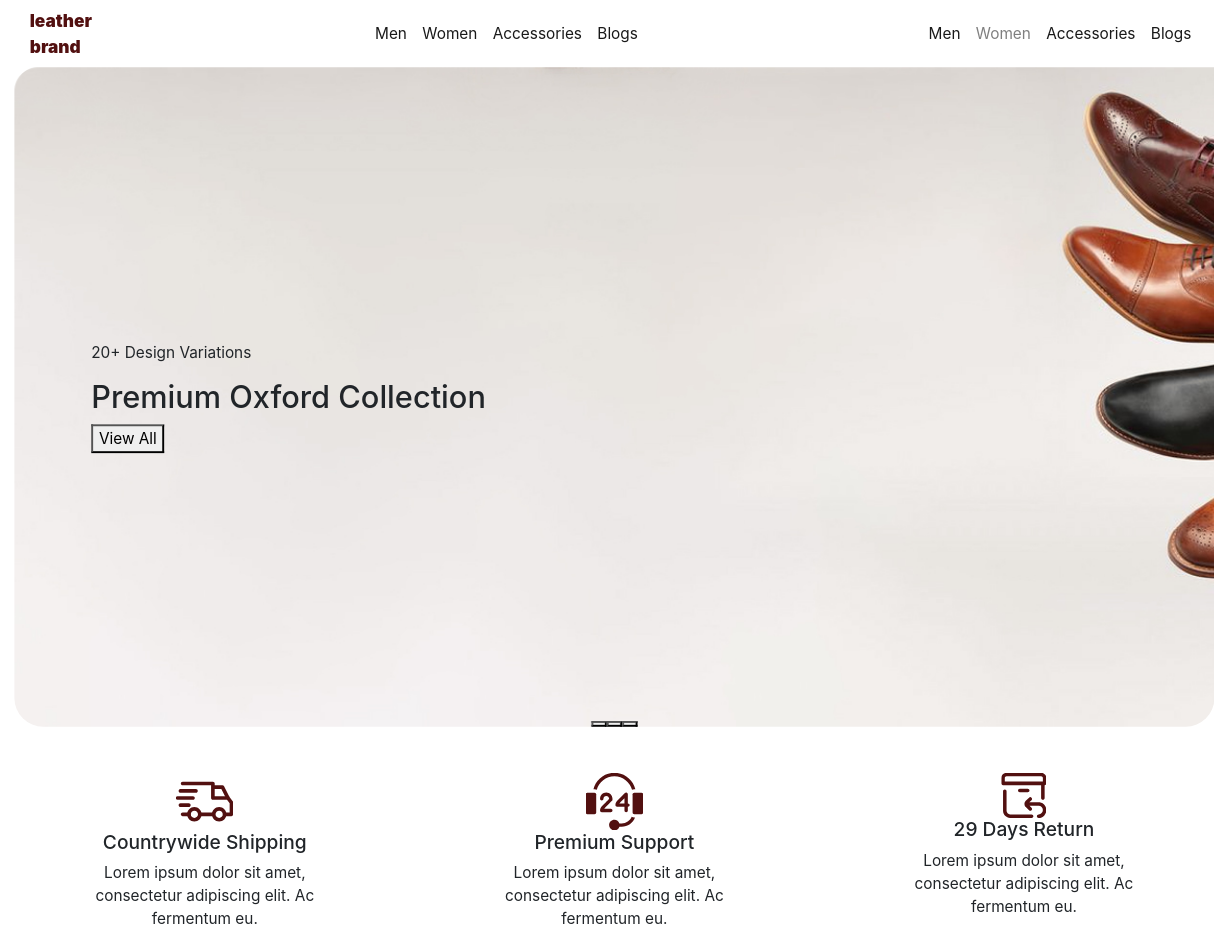
Repository: arif286/fashion-house
Page: /
The author's editor kept a copy of each file at every save. The page is drawn from the files as they stood at one save, then again after the next save.
The browser window is 1280 px wide. The pictures show the whole page, at 96% of full size.
The project was rebuilt for these pictures with package versions that can differ from the ones it lists, and the page was loaded fresh each time. The framework's server and built-in components were replaced by stand-ins that run in the browser. Also part of the build but not shown: nuxt.config.js, components/Contact.vue, components/DisplayCollection.vue, components/Footer.vue, components/NewCollection.vue, components/NuxtLogo.vue, components/Products.vue, components/Tutorial.vue.

Above is the page before, as saved 2021-07-11 22:21:59.

### components/Nav.vue
<template>
  <nav class="navbar container navbar-expand-lg navbar-light">
    <div class="container-fluid">
      <div class="nav-title">
        <span>leather</span>
        <br />
        <span>brand</span>
      </div>
      <button
        class="navbar-toggler"
        type="button"
        data-bs-toggle="collapse"
        data-bs-target="#navbarSupportedContent"
        aria-controls="navbarSupportedContent"
        aria-expanded="false"
        aria-label="Toggle navigation"
      >
        <span class="navbar-toggler-icon"></span>
      </button>
      <div id="navbarSupportedContent" class="collapse navbar-collapse">
        <div class="d-flex justify-content-center w-100">
          <ul class="navbar-nav mb-2 mb-lg-0">
            <li class="nav-item">
              <a class="nav-link active" aria-current="page" href="#">Men</a>
            </li>
            <li class="nav-item">
              <a class="nav-link active" href="#">Women</a>
            </li>
            <li class="nav-item">
              <a class="nav-link active" href="#"> Accessories </a>
            </li>
            <li class="nav-item">
              <a class="nav-link active" href="#">Blogs</a>
            </li>
          </ul>
        </div>
        <div class="ml-auto">
          <ul class="navbar-nav mb-2 mb-lg-0">
            <li class="nav-item">
              <a class="nav-link active" aria-current="page" href="#">Men</a>
            </li>
            <li class="nav-item">
              <a class="nav-link" href="#">Women</a>
            </li>
            <li class="nav-item">
              <a class="nav-link active" href="#"> Accessories </a>
            </li>
            <li class="nav-item">
              <a class="nav-link active" href="#">Blogs</a>
            </li>
          </ul>
        </div>
      </div>
    </div>
  </nav>
</template>

<script></script>
<style scoped>
.nav-title {
  color: #521010;
  font-weight: 900;
  font-size: 18px;
}
.nav-title:hover {
  color: #521010;
  font-weight: bold;
}
.nav-item a {
  color: #000;
}
</style>

### components/Service.vue
<template>
  <div class="container">
    <div class="row">
      <div
        v-for="service in services"
        :key="service.id"
        class="col-md-4 col-12"
      >
        <div class="d-flex justify-content-center">
          <div class="service-box text-center">
            <img :src="require(`@/assets/Images/${service.image}`)" alt="" />
            <h5>{{ service.title }}</h5>
            <p>{{ service.text }}</p>
          </div>
        </div>
      </div>
    </div>
  </div>
</template>

<script>
export default {
  props: {
    services: { type: Array, required: true },
  },
}
</script>
<style>
.service-box {
  width: 250px;
}
</style>

### components/Slider.vue
<template>
  <div class="container mb-5">
    <div
      id="carouselExampleIndicators"
      class="carousel slide"
      data-bs-ride="carousel"
    >
      <div class="carousel-indicators">
        <button
          type="button"
          data-bs-target="#carouselExampleIndicators"
          data-bs-slide-to="0"
          class="active"
          aria-current="true"
          aria-label="Slide 1"
        ></button>
        <button
          type="button"
          data-bs-target="#carouselExampleIndicators"
          data-bs-slide-to="1"
          aria-label="Slide 2"
        ></button>
        <button
          type="button"
          data-bs-target="#carouselExampleIndicators"
          data-bs-slide-to="2"
          aria-label="Slide 3"
        ></button>
      </div>
      <div class="carousel-inner">
        <div class="carousel-item active d-flex align-items-center">
          <div class="slider-content">
            <p>20+ Design Variations</p>
            <h2>Premium Oxford Collection</h2>
            <button>View All</button>
          </div>
        </div>
        <div class="carousel-item">
          <div class="slider-content">
            <p>20+ Design Variations</p>
            <h2>Premium Oxford Collection</h2>
            <button>View All</button>
          </div>
        </div>
      </div>
    </div>
  </div>
</template>

<script></script>
<style>
.carousel-item {
  background-image: url('@/assets/Images/hero1.png');
  background-repeat: no-repeat;
  width: 100%;
  background-size: cover;
  height: 687px;
  border-bottom-left-radius: 30px;
  border-bottom-right-radius: 30px;
}
.slider-content {
  margin-left: 80px;
}
</style>

### pages/index.vue
<template>
  <div>
    <Nav />
    <Slider />
    <Service :services="serviceData" />
  </div>
</template>

<script>
import { serviceData } from '@/assets/data.js'
export default {
  data() {
    return {
      serviceData,
    }
  },
}
</script>
<style>
@import url('https://fonts.googleapis.com/css2?family=Roboto:ital,wght@0,100;0,300;0,400;0,500;0,700;0,900;1,100;1,300;1,400;1,500;1,700;1,900&display=swap');

.body {
  font-family: 'Roboto', sans-serif;
}
.container {
  max-width: 1780px;
}
</style>

### assets/data.js
export const serviceData = [
  {
    id: 1,
    image: 'delivery.svg',
    title: 'Countrywide Shipping',
    text: 'Lorem ipsum dolor sit amet, consectetur adipiscing elit. Ac fermentum eu.',
  },
  {
    id: 2,
    image: 'call-center.svg',
    title: 'Premium Support',
    text: 'Lorem ipsum dolor sit amet, consectetur adipiscing elit. Ac fermentum eu.',
  },
  {
    id: 3,
    image: 'return.svg',
    title: '29 Days Return',
    text: 'Lorem ipsum dolor sit amet, consectetur adipiscing elit. Ac fermentum eu.'
  }
]

After the next save:
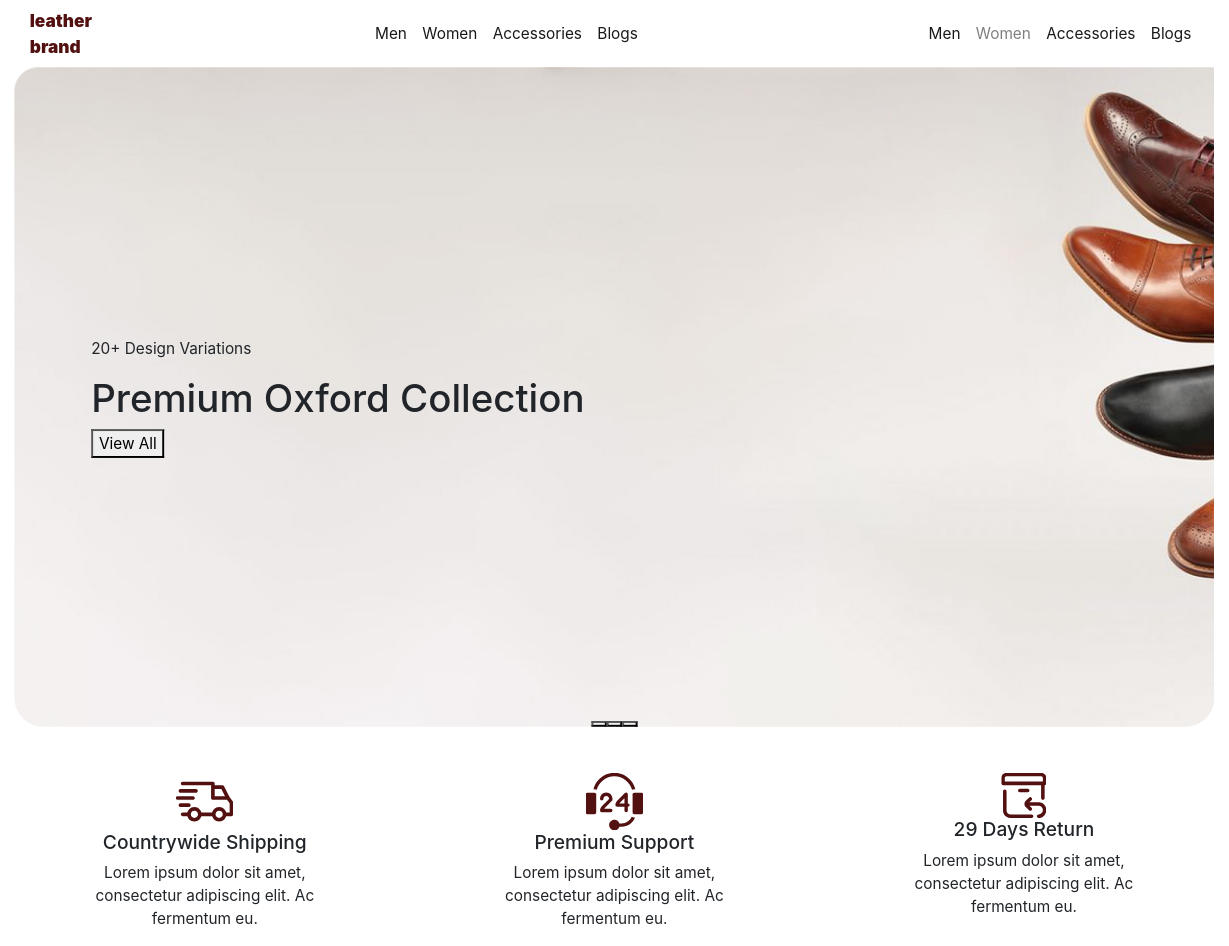
Saved 35 s later.
--- a/components/Slider.vue
+++ b/components/Slider.vue
@@ -31,14 +31,14 @@
         <div class="carousel-item active d-flex align-items-center">
           <div class="slider-content">
             <p>20+ Design Variations</p>
-            <h2>Premium Oxford Collection</h2>
+            <h1>Premium Oxford Collection</h1>
             <button>View All</button>
           </div>
         </div>
         <div class="carousel-item">
           <div class="slider-content">
             <p>20+ Design Variations</p>
-            <h2>Premium Oxford Collection</h2>
+            <h1>Premium Oxford Collection</h1>
             <button>View All</button>
           </div>
         </div>
